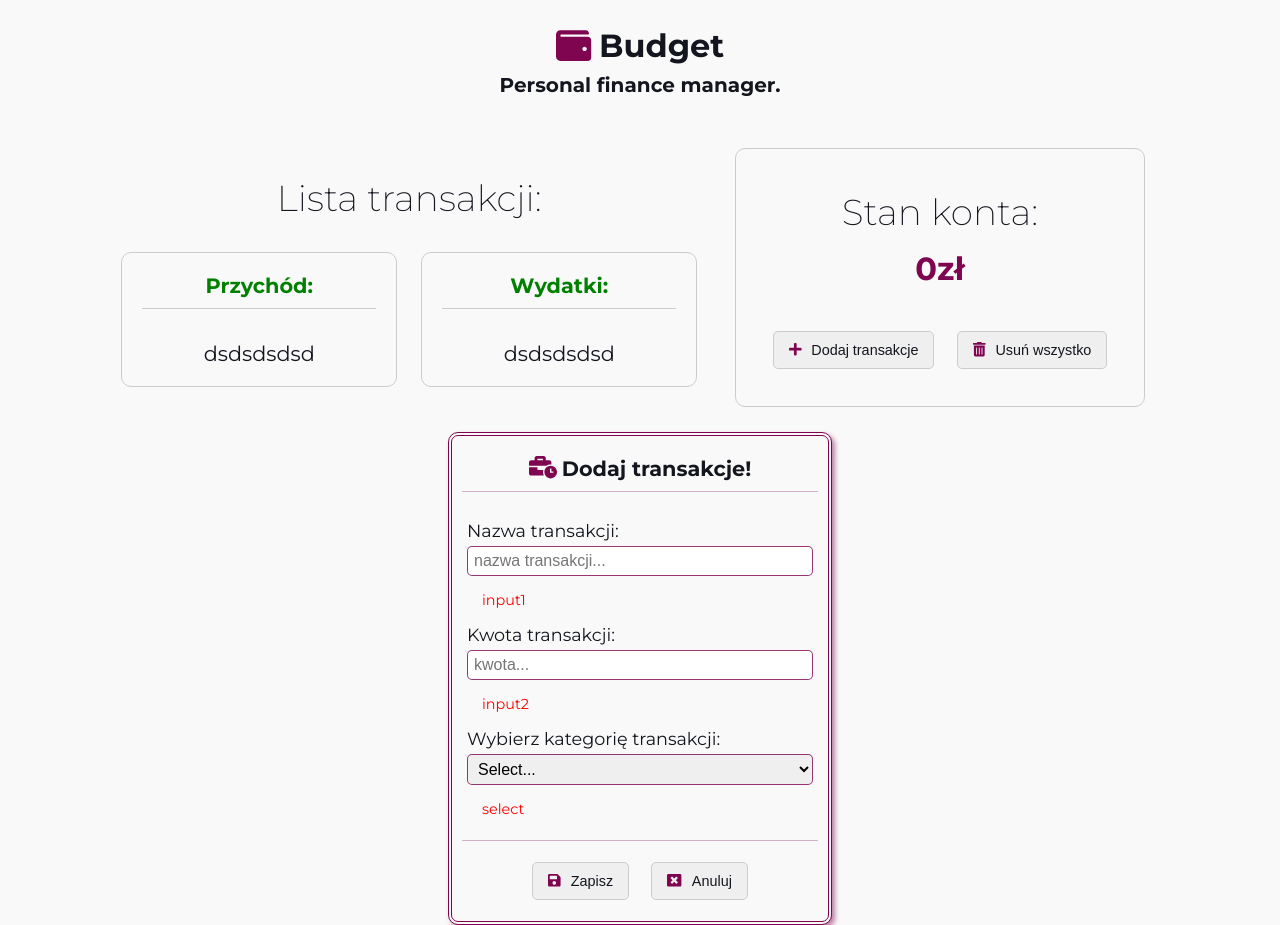
Repository: KrzysKolo/sr_tydzien4_zad4
Page: /
The author's editor kept a copy of each file at every save. The page is drawn from the files as they stood at one save, then again after the next save.
The browser window is 1280 px wide. The pictures show the whole page.
Some web libraries are served in a nearby version. The project was rebuilt for these pictures with package versions that can differ from the ones it lists, and the page was loaded fresh each time.

Above is the page before, as saved 2020-11-30 17:39:55.

After the next save:
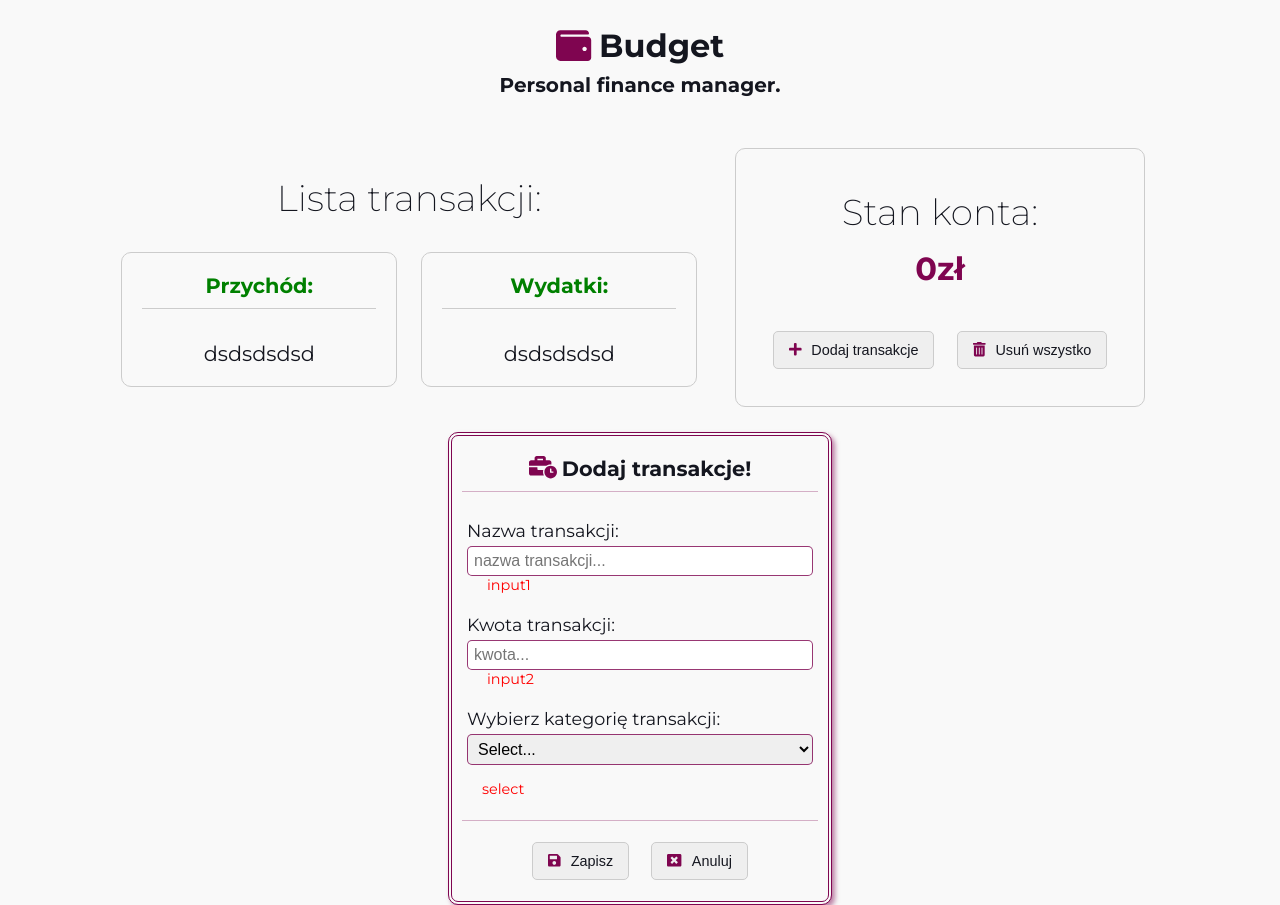
Saved 26 s later.
--- a/src/components/budgetComponents/formComponents/Input.js
+++ b/src/components/budgetComponents/formComponents/Input.js
@@ -28,8 +28,9 @@ const Input = (props) => {
             <InputWrapper>
                 <InputLabel>{label}:</InputLabel>
                 <InputContainer {...props} id={name} />
+                { error && <ErrorMessage message={message}/>}
             </InputWrapper>
-            { error && <ErrorMessage message={message}/>}
+
         </>
     )
 }
